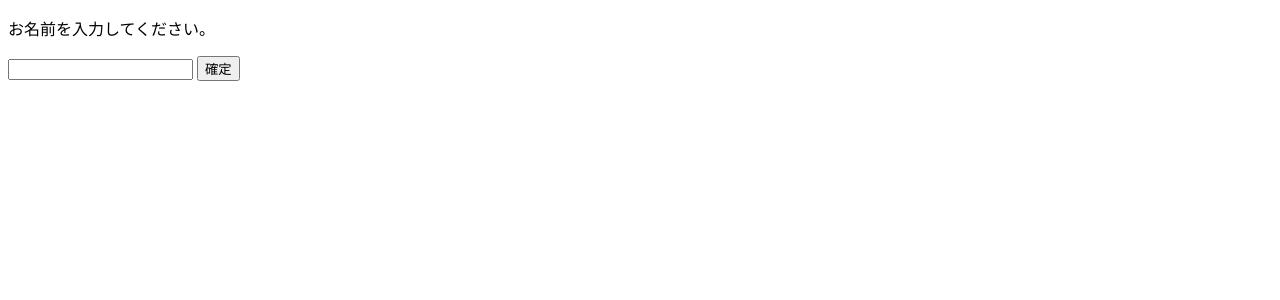
Repository: Wildbird-Yachou/test
Page: http://localhost/HelloJSP/
The author's editor kept a copy of each file at every save. The page is drawn from the files as they stood at one save, then again after the next save.
The browser window is 1280 px wide. The pictures show the whole page.
The page is served by Tomcat 9.

Above is the page before, as saved 2018-07-11 11:43:38.

### HelloJSP/WebContent/index.jsp
<%@ page language="java" contentType="text/html; charset=UTF-8" pageEncoding="UTF-8" %>
<!DOCTYPE html>
<html>
<head>
<meta charset="utf-8">
<title>TEST</title>
</head>
<body>
<p>お名前を入力してください。</p>
<form method="post" action="greeting-out.jsp">
<input type="text" name="user">
<input type="submit" value="確定">
</form>
</body>
</html>

After the next save:
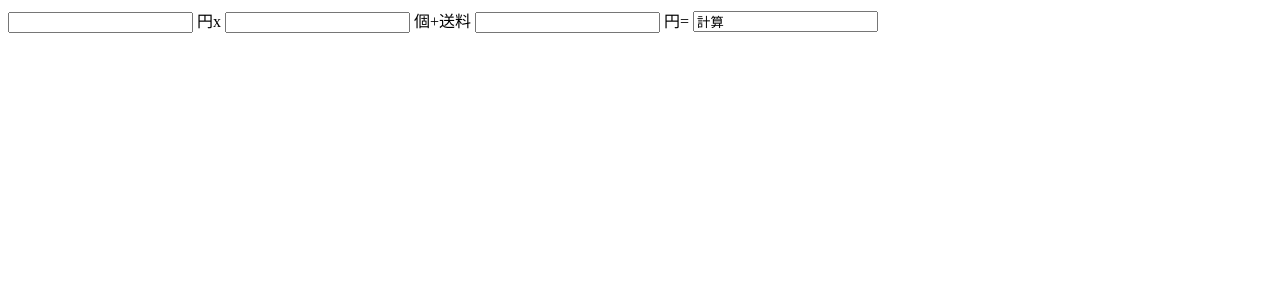
Saved 6 min 38 s later.
--- a/HelloJSP/WebContent/index.jsp
+++ b/HelloJSP/WebContent/index.jsp
@@ -6,10 +6,15 @@
 <title>TEST</title>
 </head>
 <body>
-<p>お名前を入力してください。</p>
-<form method="post" action="greeting-out.jsp">
-<input type="text" name="user">
-<input type="submit" value="確定">
+<form method="post" action="total-out.jsp">
+<input type="text" name="price">
+円x
+<input type="text" name="count">
+個+送料
+<input type="text" name="delivery">
+円=
+<input tyoe="submit" value="計算">
 </form>
+
 </body>
 </html>
